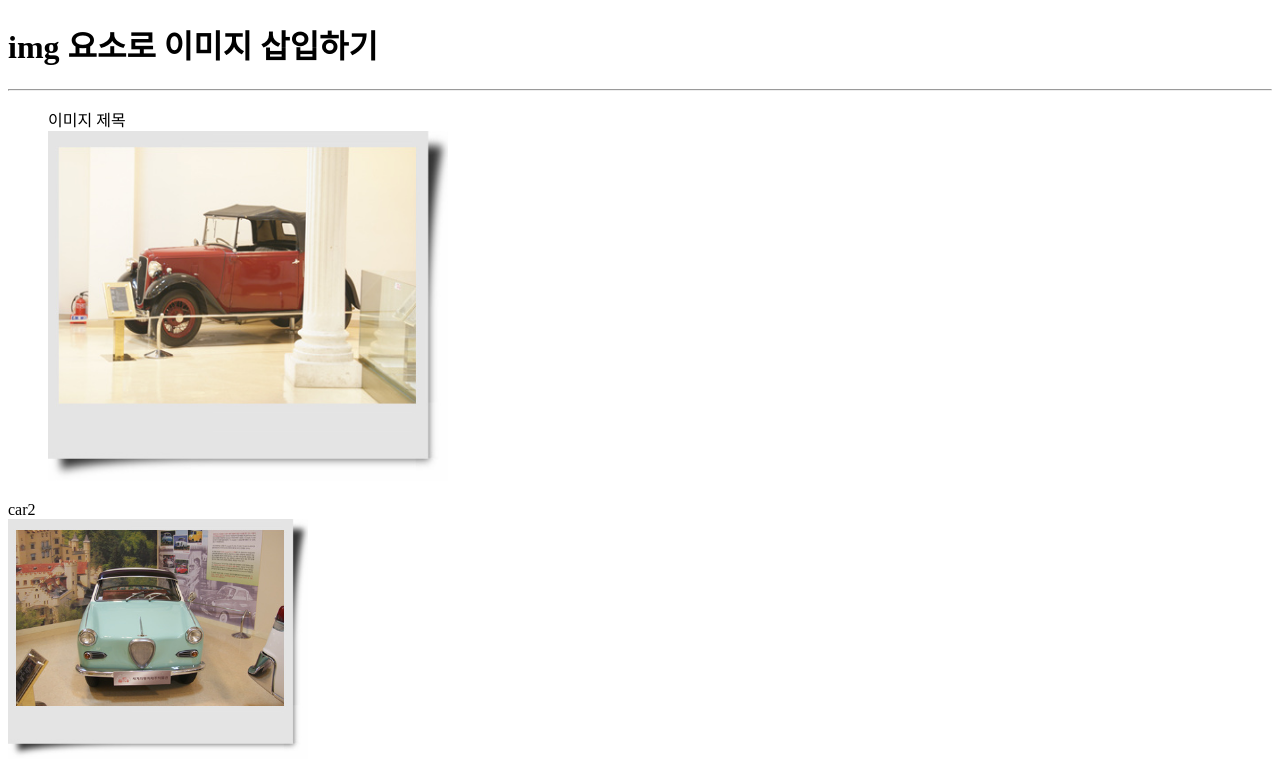
Repository: song-bean/Web_song
Page: 01_HTML/src/main/webapp/Ex02.html
The author's editor kept a copy of each file at every save. The page is drawn from the files as they stood at one save, then again after the next save.
The browser window is 1280 px wide. The pictures show the whole page.

Above is the page before, as saved 2023-02-22 01:26:57.

After the next save:
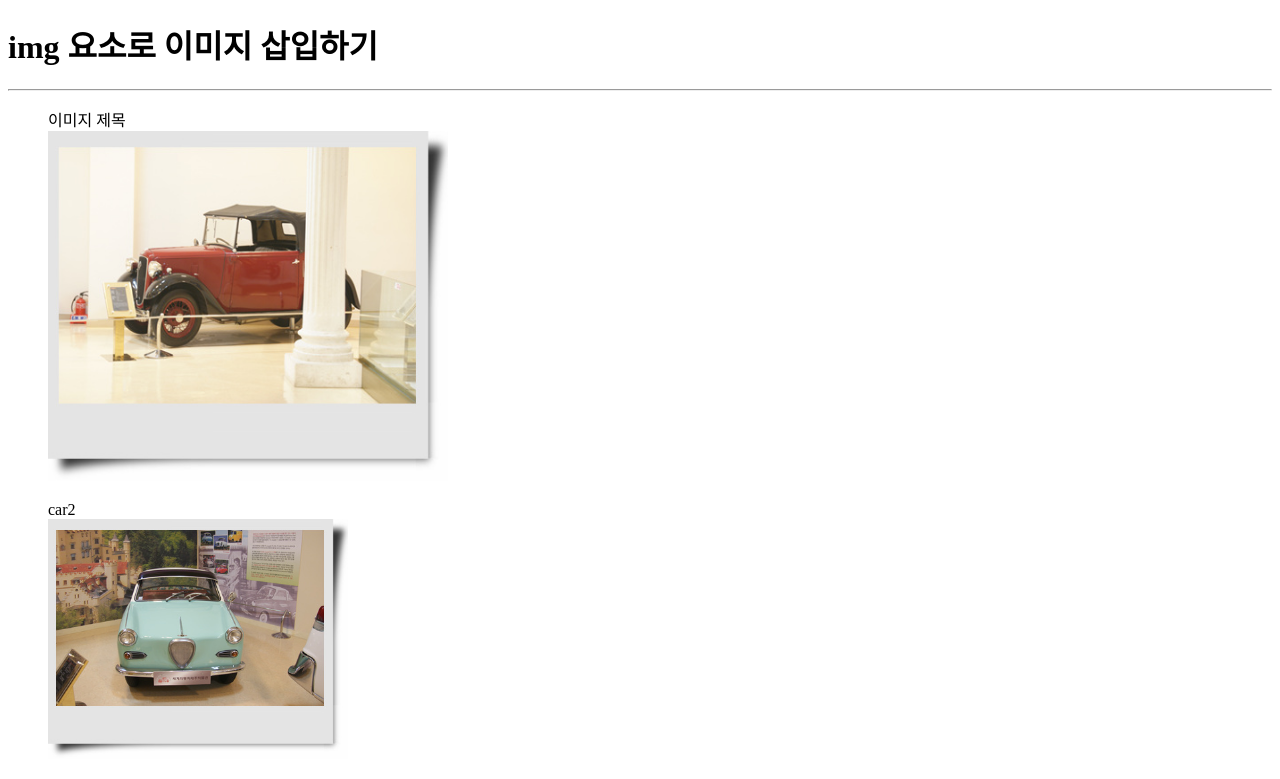
Saved 17 s later.
--- a/01_HTML/src/main/webapp/Ex02.html
+++ b/01_HTML/src/main/webapp/Ex02.html
@@ -15,11 +15,12 @@
 		alt="자동차 박람회 출품된 자동차">
 		<!-- alt는 이미지가 나올 수 없을 때 대신 나오는 문자열 -->
 	</figure>
+	<figure>
 		<figcaption>car2</figcaption>
 		<img src="images/car/car2.jpg" width="300" height="240"
 		title="민트색 자동차"
 		alt="이미지 오류">
-
+	</figure>
 	</div>
 </body>
 </html>
